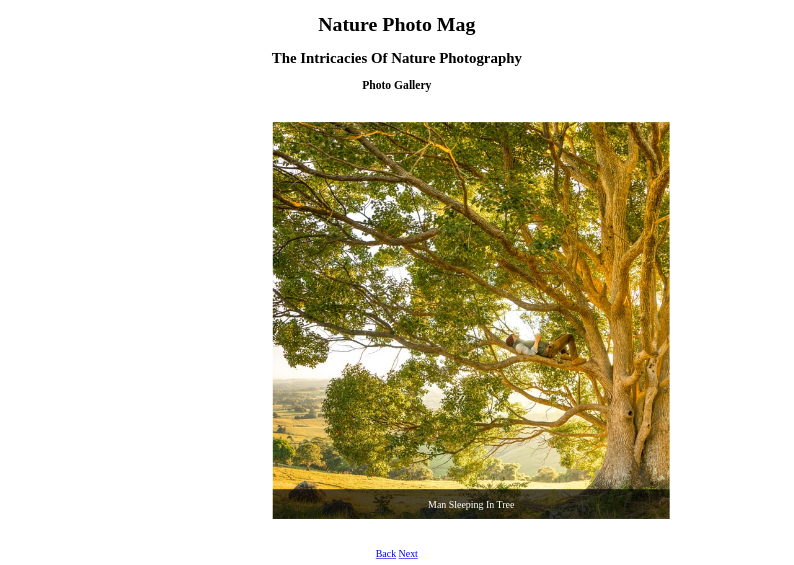
Repository: alexmaddux99/Image-Gallery
Page: index.html
An editor plug-in stored every save of this project. The page is shown before and after the next save, followed by the edit.
The browser window is 1280 px wide. The pictures show the whole page, at 62% of full size.

Above is the page before, as saved 2022-03-08 12:11:56.

### index.html
<!DOCTYPE html>
<html lang="en">
<head>
  <meta charset="UTF-8">
  <title>A Simple Carousel -  LIVE DEMO</title>
  <link rel="stylesheet" href="css/main.css">
  <script  src="js/main.js" defer></script>

</head>
<body>

<h1>Nature Photo Mag</h1>
<h2>The Intricacies Of Nature Photography</h2>
<section>
  <h3>Photo Gallery</h3>

  <figure class="frame">

    <img class="slide current" src="images/1.jpg" alt="Man Sleeping In Tree">
    <img class="slide" src="images/2.jpg" alt="Sun Peeking Through Trees">
    <img class="slide" src="images/3.jpg" alt="Couple Looking At Mountain Overlooking Lake">
    <img class="slide" src="images/4.jpg" alt="Northern Lights">
    <img class="slide" src="images/5.jpg" alt="Storm On The Coast">
    <img class="slide" src="images/6.jpg" alt="Mountain Overlooking house">
    <img class="slide" src="images/7.jpg" alt="Aerial Shot of Antartic Landscape">
    <img class="slide" src="images/8.jpg" alt="Close Up Of Crystal">
    <img class="slide" src="images/9.jpg" alt="Aerial Shot Of Remote Landscape">
    <img class="slide" src="images/10.jpg" alt="Aerial Shot Overlooking Ice Berg">




    <figcaption class="caption"></figcaption>
  </figure>

  <div class="controls">
    <a href="#" class="back-btn">Back</a>
    <a href="#" class="next-btn">Next</a>
  </div>

</section>

</body>
</html>

### css/main.css
* {
  box-sizing:border-box;
}

body {
  text-align:center;
}

section {
  width: 400px;
  margin: auto;
}

.frame {

  position:relative;
  width:640px;
  height:640px;
  margin: 3rem 0;
}

.slide {
  display:block;
  margin-bottom: 2rem;
}


.hide {
  opacity: 0;
  transition: opacity .5s ease-out;
}


.current {
  transition: opacity .5s ease-out;
}


.abs-pos {
  position: absolute;
}

.caption {
  position: absolute;
  z-index: 3;
  color: #fff;
  background: rgba(0, 0, 0, .7);
  bottom: 0;
  width: 100%;
  height: 1rem;
  padding: 1rem 1rem 2rem 1rem;
}

.controls {
  display: none;
}

### js/main.js
document.addEventListener('DOMContentLoaded', init);

function init() {
  //create shortcut vars
  const back_btn = document.querySelector(".back-btn");
  const next_btn = document.querySelector(".next-btn");
  const frame = document.querySelector(".frame");
  const slides = frame.querySelectorAll("img");
  const caption = document.querySelector(".caption");
  const controls = document.querySelector(".controls");

  //with JS active, hide all images
  slides.forEach((slide) => {
    slide.classList.add("hide", "abs-pos");
  });

  // show the first slide
  slides[0].classList.remove("hide");

  //make the controls work
   next_btn.addEventListener("click",changeSlide);
   back_btn.addEventListener("click", changeSlide);

   // set the caption dynamically
   caption.innerHTML = frame.firstElementChild.alt;

   //show the controls
   controls.style.display = "block";
}



function changeSlide(e) {

    // stop link from trying to reload page
    e.preventDefault();

    //shortcut vars
    const frame = document.querySelector(".frame");
    const slides = frame.querySelectorAll("img");
    const caption = document.querySelector(".caption");
    let showing = document.querySelector(".current");
    let nextUp = "";

    if(e.target.className == 'next-btn') {
      nextUp = showing.nextElementSibling;
    }

    if(e.target.className == 'back-btn') {
      nextUp = showing.previousElementSibling;
    }

    // deactivate current image
    showing.classList.toggle("hide");
    showing.classList.toggle("current");

    //make sure next image is there
    if (!nextUp) {
      nextUp = slides[slides.length - 1];
    }

    if (nextUp.nodeName !== "IMG") {
      nextUp = slides[0];
    }

    // activate next image
    nextUp.classList.toggle("hide");
    nextUp.classList.toggle("current");

    //change caption text
    caption.innerHTML = nextUp.alt;
  }

After the next save:
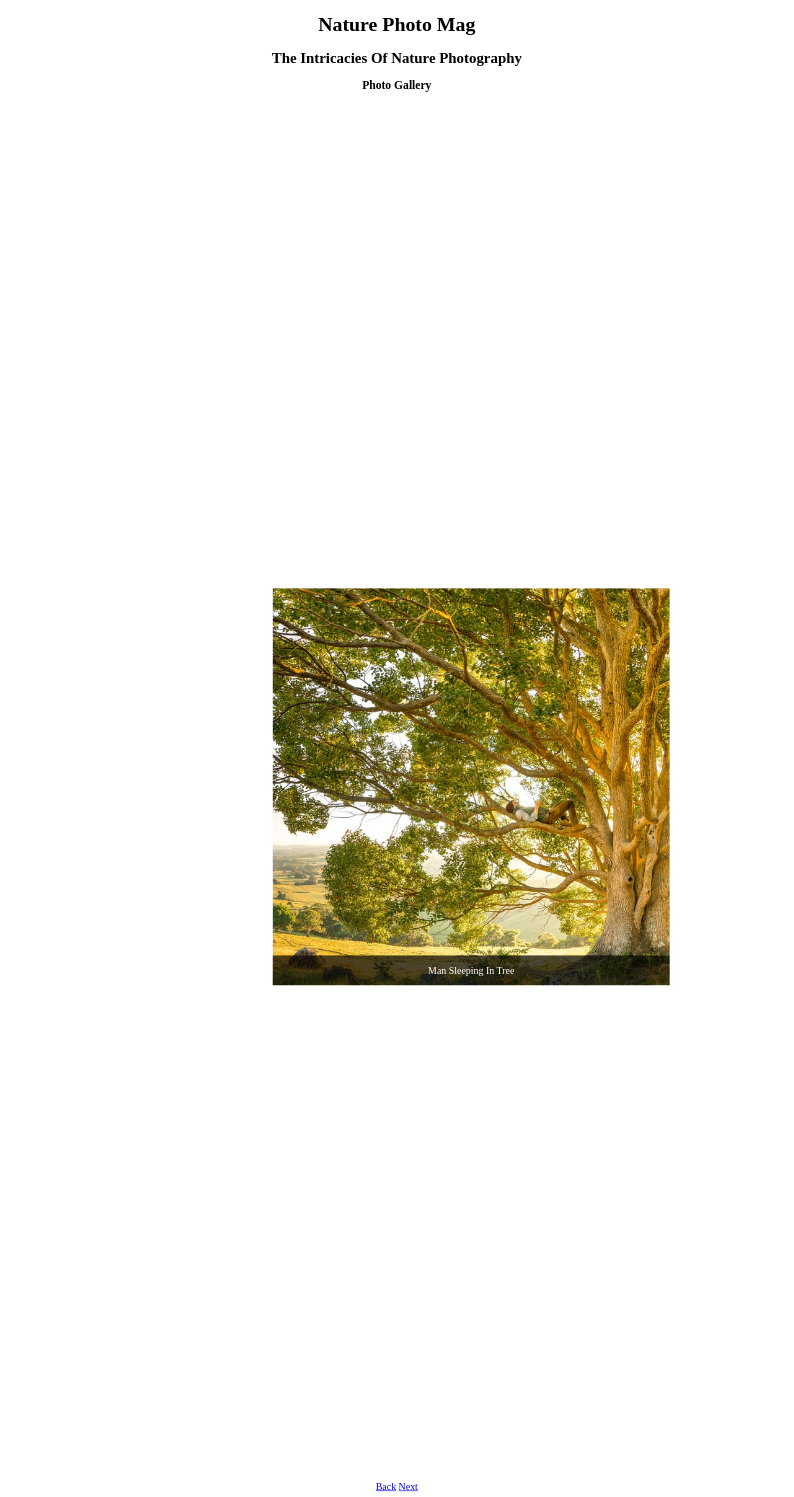
Saved 5 s later.
--- a/css/main.css
+++ b/css/main.css
@@ -16,7 +16,7 @@ section {
   position:relative;
   width:640px;
   height:640px;
-  margin: 3rem 0;
+  margin: 50rem 0;
 }
 
 .slide {
